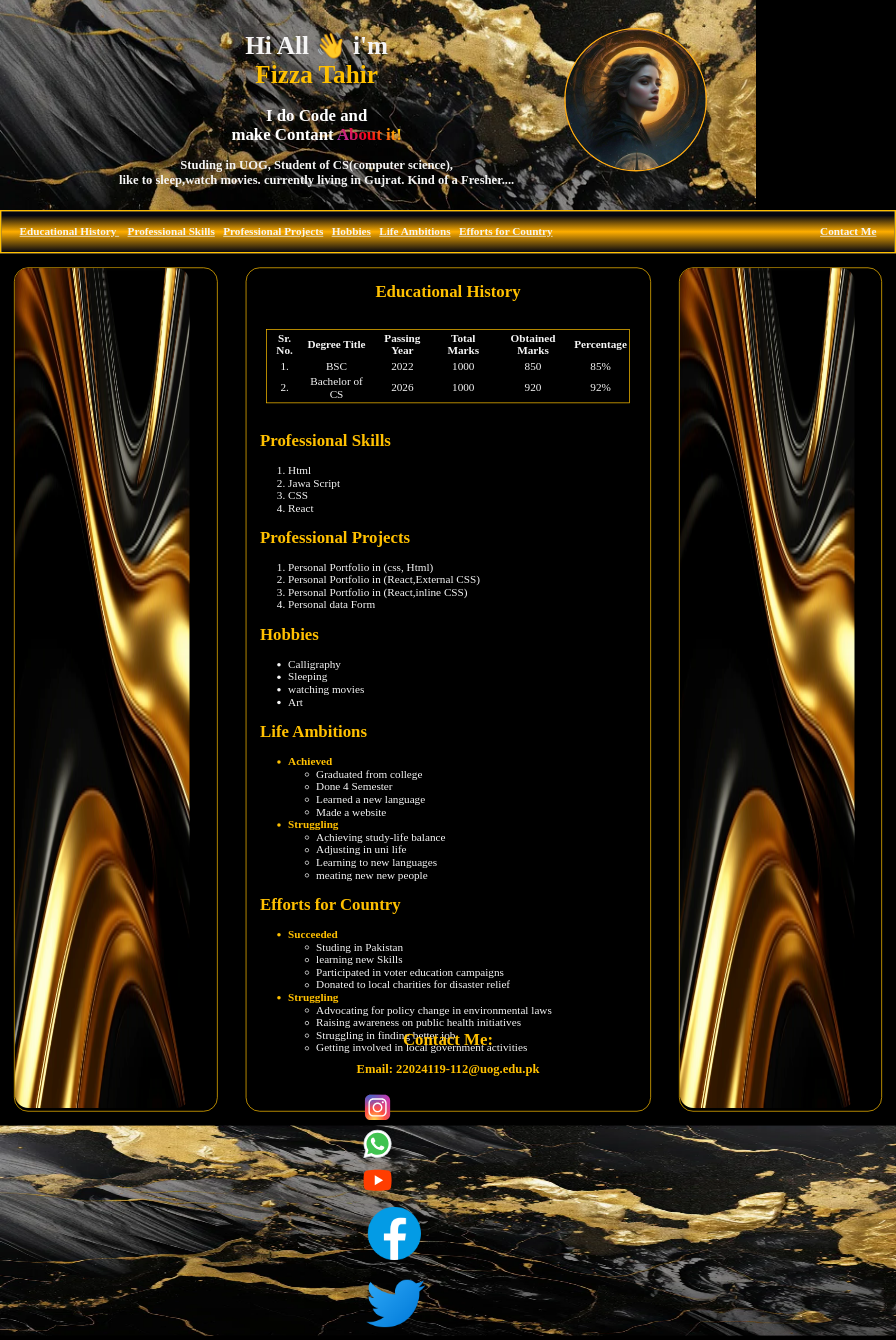
Repository: Fizza-112/project
Page: /
The author's editor kept a copy of each file at every save. The page is drawn from the files as they stood at one save, then again after a run of saves.
The browser window is 1280 px wide. The pictures show the whole page, at 70% of full size.
The project was rebuilt for these pictures with package versions that can differ from the ones it lists, and the page was loaded fresh each time. Also part of the build but not shown: vite.config.ts.

Above is the page before, as saved 2024-09-20 13:40:15.

### src/App.tsx

import "./App.css"

import instaimg from "./components/icons8-insta.svg"
import whatsappimg from "./components/icons8-whatsapp.svg"
import youtubeimg from "./components/icons8-youtube.svg"
import facebookimg from "./components/facebook icon.png"
import twitterimg from "./components/twitter.png"
import marbelimg from "./components/marbel.webp"
import profimg from "./assets/WhatsApp Image 2024-09-20 at 8.07.10 AM.jpeg"
import sidedivimg from "./assets/sidediv.webp"

const App = () => {
  return (
    <>
    <header>
    <div className="header-container">
      {/* Base image */}
      <img
        className="base-image"
         src={marbelimg}
        alt="Profile"
      />

      {/* Content inside the header */}
      <div className="header-content">
        <h1 className="header-text"><b>Hi All 👋 i'm <br/><span className="nam"> Fizza Tahir</span> </b></h1>
        <div> <h2 className="contant">I do Code and<br/> make Contant <span className="span">About it!</span> </h2></div>
        <p className="sub-text">Studing in UOG, Student of CS(computer science),<br/>
        like to sleep,watch movies. currently living in Gujrat. Kind of a Fresher....</p>
      </div>

      {/* Another image (e.g., profile or other image) on the right side */}
      <img
        className="side-image"
         src={profimg}
        alt="Profile on Right"
      />
    </div>

  </header>


    <nav id="nav">
      <div>
  <a href='#EducationalHistory'>Educational History </a>
  <a href='#ProfessionalSkills'>Professional Skills</a>
  <a href="#ProfessionalProjects">Professional Projects</a>
  <a href="#Hobbies">Hobbies</a>
  <a href="#life-ambitions">Life Ambitions</a>
  <a href="#efforts-for-country">Efforts for Country</a>
  </div>
  <div>
  <a href="#Contact-Me">Contact Me</a>
  </div>
</nav>

<div className="div">
<div id="blank-div">
  <img className="leftdiv"src={sidedivimg} alt="img" />
</div>

<div id='main-contant'>

  <div id="EducationalHistory">

    <h2 className='nam'>Educational History</h2>
        <table>
            <thead >
                <tr>
                    <th>Sr. No.</th>
                    <th>Degree Title</th>
                    <th>Passing Year</th>
                    <th>Total Marks</th>
                    <th>Obtained Marks</th>
                    <th>Percentage</th>
                </tr>
            </thead>
            <tbody>
                <tr>
                    <td>1.</td>
                    <td>BSC</td>
                    <td>2022</td>
                    <td>1000</td>
                    <td>850</td>
                    <td>85%</td>
                </tr>
                <tr>
                    <td>2.</td>
                    <td>Bachelor of CS</td>
                    <td>2026</td>
                    <td>1000</td>
                    <td>920</td>
                    <td>92%</td>
                </tr>
            </tbody>
        </table>

  </div>

  <div id="ProfessionalSkills">
<h2 className='nam'>Professional Skills</h2>
<ol>
<li>Html</li>
<li>Jawa Script</li>
<li>CSS</li>
<li>React</li>
</ol>
   </div>

  <div id="ProfessionalProjects">
<h2 className='nam'>Professional Projects</h2>
<ol>
<li>Personal Portfolio in (css, Html)</li>
<li>Personal Portfolio in (React,External CSS)</li>
<li>Personal Portfolio in (React,inline CSS)</li>
<li>Personal data Form</li>
</ol>
   </div>

  <div id="Hobbies">
<h2 className='nam'>Hobbies</h2>
<ul>
<li>Calligraphy</li>
<li>Sleeping</li>
<li>watching movies</li>
<li>Art</li>
</ul>
   </div>

   <div id="life-ambitions">
    <h2 className='nam'>Life Ambitions</h2>
    <ul>
      <li className='nam'><b >Achieved</b></li>
      <ul>
        <li>Graduated from college</li>
        <li>Done 4 Semester </li>
        <li>Learned a new language</li>
        <li>Made a website </li>
      </ul>
      <li className='nam'><b >Struggling</b></li>
      <ul>
        <li>Achieving study-life balance</li>
        <li>Adjusting in uni life</li>
        <li>Learning to new languages</li>
        <li>meating new new people</li>
      </ul>
    </ul>
    </div>

    <div id="efforts-for-country">
    <h2 className='nam'>Efforts for Country</h2>
    <ul>
      <li className='nam'><b >Succeeded</b></li>
      <ul>
        <li>Studing in Pakistan</li>
        <li>learning new Skills</li>
        <li>Participated in voter education campaigns</li>
        <li>Donated to local charities for disaster relief</li>
      </ul>
      <li className='nam'><b >Struggling</b></li>
      <ul>
        <li>Advocating for policy change in environmental laws</li>
        <li>Raising awareness on public health initiatives</li>
        <li>Struggling in finding better job</li>
        <li>Getting involved in local government activities</li>
      </ul>
    </ul>
  </div>

  </div>
  <div id="end">
  <img className="rightdiv"src={sidedivimg} alt="img" />
  </div>
  </div>

<div id="Contact-Me">
  <footer>
  <div className="footer-container">
      {/* Base image for footer */}
      <img
       className="footer-image"
       src={marbelimg}
      alt="Profile"
      />

      {/* Footer content (heading and icons) */}
      <div className="footer-content">
        <h2 className="footer-heading">Contact Me:</h2>
        <h3 className="footer-email">Email: 22024119-112@uog.edu.pk</h3>

        {/* Social media icons */}
        <div className="social-icons">
        <a href="https://www.instagram.com/" target='_blank'><img src={instaimg} alt='icon' className='icons'></img></a>
  <a href="https://web.whatsapp.com/" target='_blank'><img src={whatsappimg} alt='icon' className='icons'></img></a>
  <a href="https://www.youtube.com/" target='_blank'><img src={youtubeimg} alt='icon' className='icons'></img></a>
  <a href="https://www.facebook.com/login/?next=https%3A%2F%2Fwww.facebook.com%2F" target='_blank'><img src={facebookimg} alt='icon' className='icons'></img></a>
  <a href="https://twitter.com/i/flow/login" target='_blank'><img src={twitterimg} alt='icon' className='icons'></img></a>

        </div>
      </div>
    </div>
    </footer>
  </div>
    </>
  )
}

export default App

### src/App.css
body{
  margin: 0px;
  padding: 0px;

  /* background-color:bisque;
  background-image: linear-gradient(19deg, bisque 0%, #989fff 100%);
   */
   /* background-color:bisque;
background-image: linear-gradient(62deg, bisque 0%, #945cfd 100%); */
/* background-color: #001886;
background-image: linear-gradient(43deg, #001886 0%, #05060f 46%, #001886  100%); */
background-color:black;



}
.header-container{
  display: flex;
  align-items: center;
  justify-content: center;
  width: 200%;
  height: 300px;
  /* color:aliceblue;
  background-color: #0c0c0c;
background-image: linear-gradient(43deg, gold 0%,#161516 46%, black 100%); */
position: relative;
max-width: 1080px;

}

.base-image{
  width: 200%;
  height: 300px;
 background-size:contain;
 object-fit: cover;
}
.header-content {
  position: absolute;
  top: 20px; /* Adjust padding from top */
  left: 20px; /* Adjust padding from left */
  color: white;

}
@media (max-width: 768px){
header{
  display: flex;
  align-items: center;
  justify-content: center;
  width: 100%;
  color:aliceblue;
  background-color: #001886;
  background-image: linear-gradient(180deg, #05060f 10%,#001886   50%, #05060f 100%);
/* background-image: linear-gradient(43deg, #001886 0%, #05060f 46%, #001886  100%);  */
max-width: 768px;
padding-left: 10px;
}
}

.header-text{
  /*
  /* color:#880808;
  color:#ffc000; */
 color: whitesmoke;
 text-align: center;
  font-size: 36px;
  font-weight: bold;
  margin-left: 150px;

}
.sub-text{
  color:whitesmoke;
  text-align: center;
  font-weight: 700;
  text-align: center !important;
  font-size: 18px;
  margin-left: 150px;
}
.contant{
  text-align: center;
  margin-left: 150px;
}
.span{

  background: -webkit-linear-gradient(43deg, #a241d0 0%, #f90118 46%, #fff500 100%);
  -webkit-background-clip: text;
  -webkit-text-fill-color: transparent;
}

.side-image{
  width: 200px;
  border-radius: 50%;
  margin-top: 20px;
  border:2px solid rgb(253, 171, 19);
  position: absolute;
  top: 20px;              /*  match header's top */
  right: 20px;             /* Position it on the right side */

  object-fit: cover; /* Maintain aspect ratio */
  display:block;
 margin-right: 50px;

}
.side-image:hover{
  border: 3px solid gold;
}
#nav{
  display: flex;
  align-items:center;
  justify-content: space-between;
   padding: 20px;
   background-color:  #001886;
   background-image: linear-gradient(180deg, #05060f 10%, rgb(255, 174, 0)   50%, #05060f 100%);
   /* background-image: linear-gradient(180deg, #001886 10%, #05060f 50%, #001886  100%); */
   /* background-color: #001886;
   background-image: linear-gradient(43deg, #001886 0%, #05060f 46%, #001886  100%);  */
  border: 2px solid #ffc000;
}
@media (max-width: 768px){
#nav{
  max-width: 798px;

  display: flex;
  align-items:center;
  justify-content: space-between;
   padding: 20px;
   background-color:  #001886;
   background-image: linear-gradient(180deg, #05060f 10%,#001886   50%, #05060f 100%);
   /* background-image: linear-gradient(180deg, #001886 10%, #05060f 50%, #001886  100%); */
   /* background-color: #001886;
   background-image: linear-gradient(43deg, #001886 0%, #05060f 46%, #001886  100%);  */
  border: 2px solid #ffc000;

}
}
.div{
  display: flex;


}
#blank-div{
width: 25%;
border: 1px solid #ffc000 ;
                    /*    left box contant border */
margin: 20px;
border-radius:20px;

}
.leftdiv{
  width:250px;
  height:1200px;
  border-radius:20px;
}
#main-contant{
  width: 50%;
  border: 1px solid #ffc000;      /*center contant border*/
  margin: 20px;
border-radius:20px;
}
#end{
  width: 25%;
  border: 1px solid #ffc000;     /*right contant border*/

  margin: 20px;
  border-radius:20px;

}
a{
  color: whitesmoke;
  margin: 6px;
  font-weight: 800;
}


table{
  border: 1px solid #ffc000;       /*table border*/
  justify-content:center;
  align-items:center;
  text-align: center;
 width: 90%;
  margin: 20px;
}
@media (max-width: 768px){
table{
  max-width: 768px;
  border: 1px solid #ffc000;       /*table border*/
  justify-content:center;
  align-items:center;
  text-align: center;
 width: 90%;
  margin: 20px;
}
}
#EducationalHistory{
  color:whitesmoke;
  width:100%;
  display:flex;
  flex-direction: column;
  justify-content: center;
  align-items:center;
}
#ProfessionalSkills{
  margin-left: 20px;
  color:whitesmoke;
}
#ProfessionalProjects{
  margin-left: 20px;
  color:whitesmoke;
}
#Hobbies{
  margin-left: 20px;
  color:whitesmoke;
}
#life-ambitions{
  margin-left: 20px;
  color:whitesmoke;
}
#efforts-for-country{
  margin-left: 20px;
  color:whitesmoke;
}
@media (max-width:768px){
#efforts-for-country{
  max-width: 768px;
  color:whitesmoke;
}
}
.nam{
  color:#ffc000;
}

.footer-container{
  text-align: center;
  /* background-color:  #001886;
background-image: linear-gradient(180deg, #05060f 10%,#001886   50%, #05060f 100%);
/*  */
  /* background-color: #001886;
  background-image: linear-gradient(43deg, #001886 0%, #05060f 46%, #001886  100%);  */
  color:whitesmoke;
  margin: 20px, 0px 0px, 0px;

  height: 150px;
  position: relative;
  width: 100%;
  margin-left: 0px;

}

.footer-image{
  width: 100%;
  height: 150px;
  margin-left: 0px;
  height: 300px;
  display: block;
}
.footer-content {
  position: absolute;
  top: 50%;
  left: 50%;
  transform: translate(-50%, -50%);
  color: white; /* White text for good contrast */
}

.footer-heading{
font-size: 24px;
  font-weight: bold;
  margin-bottom: 10px;
 color:#ffc000;

}
.footer-email{
  color:#ffc000;
  font-size: 18px;
  margin-bottom: 20px;
}



#logo{
  display: flex;
  justify-content: center;
  align-items:center;
}
.social-icons{
  .social-icons {
    display: flex;
    justify-content: center;
  }
  width: 35px;
  height: auto;
}
#icons:hover{

  background: linear-gradient( #0f2027, #203a43,#2c5364);
}
.rightdiv{
  width:250px;
  height:1200px;
  border-radius:20px;
}

Loaded but not shown: index.html (common file); src/main.tsx (common file); src/index.css (no stored copy; drawn as an empty file)

After the next 2 saves:
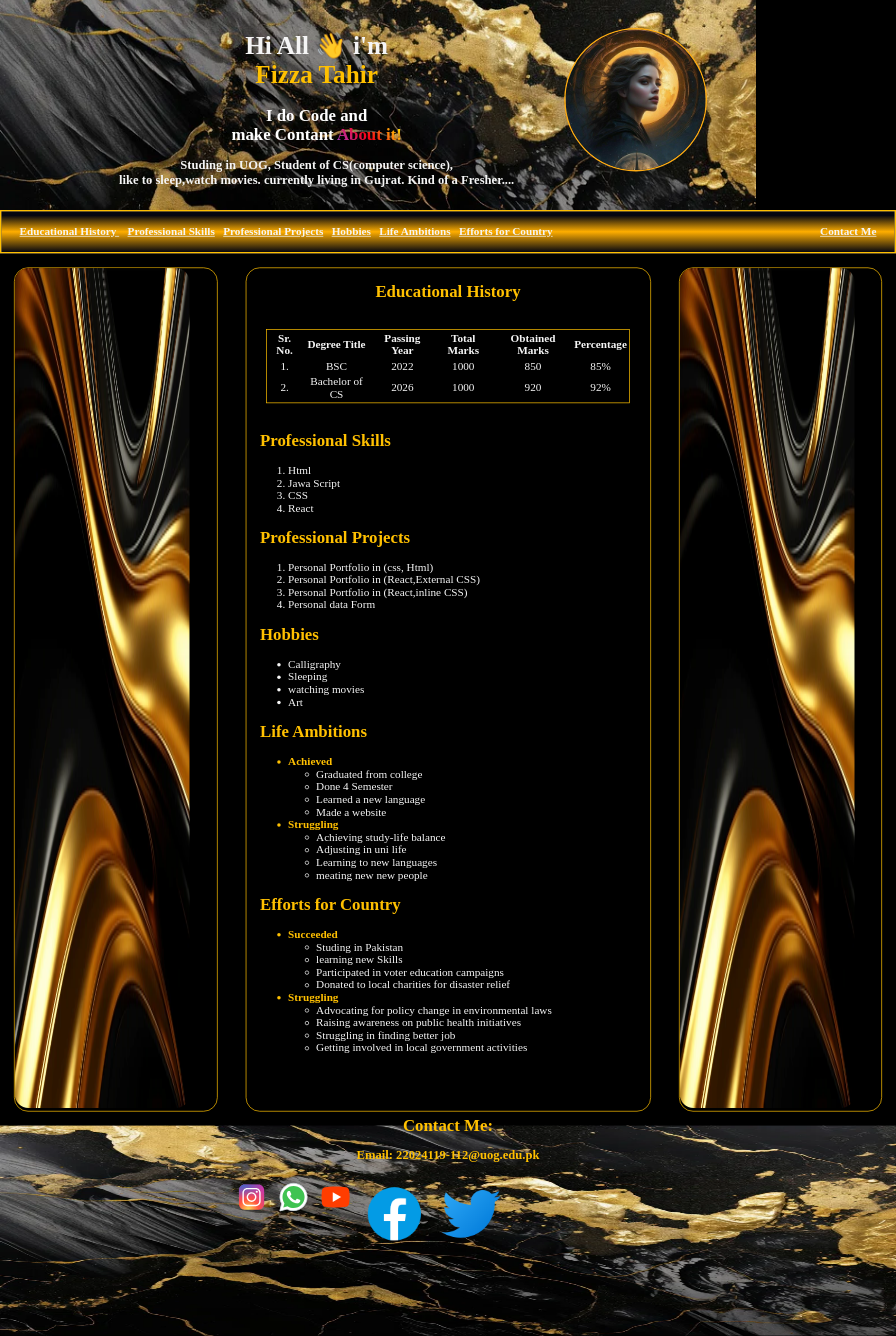
The 2 saves are shown as one change because they came seconds apart.
The last was saved 8 s later.
--- a/src/App.css
+++ b/src/App.css
@@ -281,10 +281,10 @@ font-size: 24px;
   align-items:center;
 }
 .social-icons{
-  .social-icons {
+
     display: flex;
     justify-content: center;
-  }
+
   width: 35px;
   height: auto;
 }
